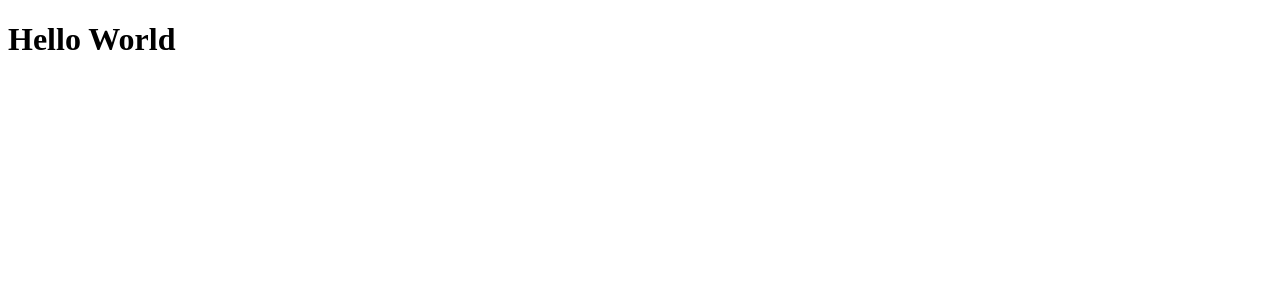
Repository: walidrashadx/Javascript_ES6
Page: index.html
These files come from the project's save history. The page is drawn as it stood at one moment and after the next save; the edit follows.
The browser window is 1280 px wide. The pictures show the whole page.

Above is the page before, as saved 2025-09-13 18:17:28.
Console error: TypeError: document.wirte is not a function

After the next save:
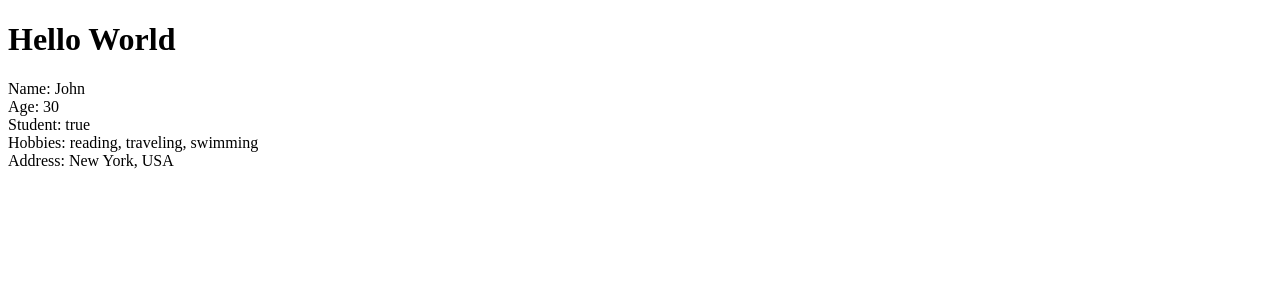
The error is gone.
Saved 63 s later.
--- a/main.js
+++ b/main.js
@@ -14,4 +14,4 @@ let personCard =
 <div id = "isStudent"> Student: ${isStudent} </div>
 <div id = "hobbies"> Hobbies: ${hobbies.join(", ")} </div>
 <div id = "address"> Address: ${address.city}, ${address.country} </div> </div>`;
-document.wirte(personCard);
+document.write(personCard);
